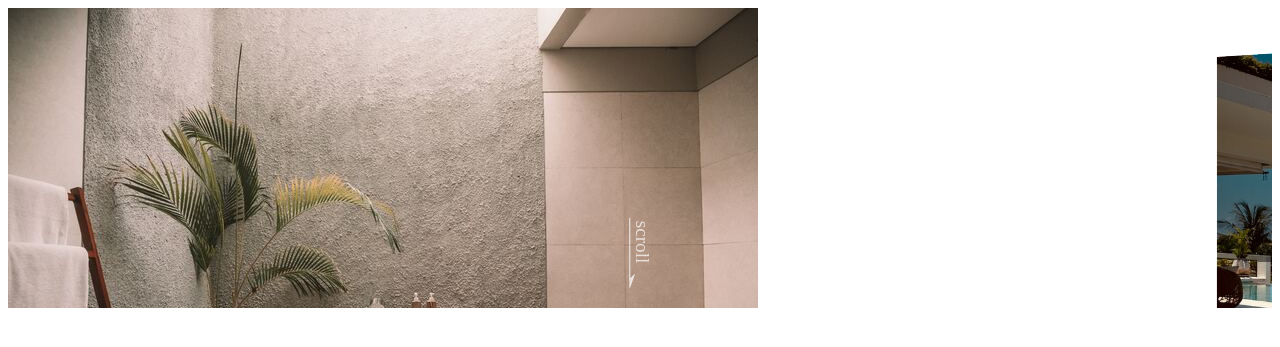
Repository: yuu2310/javascript
Page: environment/front-dev-tutorial-master/05_JavaScriptを実践で使う/070_Swiperを使ったスライダーアニメーション/start/swiperjs-template.html
The author's editor kept a record of every edit. The page is drawn from the files as they stood at one moment, then again after the next edit.
The browser window is 1280 px wide. The pictures show the whole page.

Above is the page before.
Console error: ReferenceError: HeroSlider is not defined

### environment/front-dev-tutorial-master/05_JavaScriptを実践で使う/070_Swiperを使ったスライダーアニメーション/start/swiperjs-template.html
<!-- Swiperのサイトからコピーしてくるコードです。（HTML用） -->
<!DOCTYPE html>
<html lang="en">
  <head>
    <meta charset="UTF-8">
    <meta name="viewport" content="width=device-width, initial-scale=1.0">
    <meta http-equiv="X-UA-Compatible" content="ie=edge">
    <title>Document</title>
    <link rel="stylesheet" href="swiper-bundle.min.css" type="text/css" />
    <link rel="stylesheet" href="style.css" type="text/css" />
  </head>
  <body>
    <div id="global-container">
      <div id="container">
        <div id="content">
          <div class="hero">
            <!-- Slider main container -->
            <div class="swiper">
              <!-- Additional required wrapper -->
              <div class="swiper-wrapper">
                <!-- Slides -->
                <div class="swiper-slide">
                  <img src="images/image-1.jpg"/>
                </div>
                <div class="swiper-slide">
                  <img src="images/image-2.jpg"/>
                </div>
                <div class="swiper-slide">
                  <img src="images/image-3.jpg"/>
                </div>
                ...
              </div>
              <div class="hero__fotter">
                <img class="hero__downarrow" src="images/arrow.svg"/>
                <span class="hero__scrolltext">scroll</span>
              </div>
              <!-- If we need pagination -->
              <!--<div class="swiper-pagination"></div>-->

              <!-- If we need navigation buttons -->
              <!--<div class="swiper-button-prev"></div>-->
              <!--<div class="swiper-button-next"></div>-->

              <!-- If we need scrollbar -->
              <!--<div class="swiper-scrollbar"></div>-->
            </div>
          </div>
        </div>
      </div>
    </div>



    <script type="text/javascript" src="swiper-bundle.min.js"></script>
    <script type="text/javascript" src="swiperjs-temlate.js"></script>
    <script src="main.js" type="text/javascript" charset="utf-8"></script>

  </body>
</html>

### environment/front-dev-tutorial-master/05_JavaScriptを実践で使う/070_Swiperを使ったスライダーアニメーション/start/style.css

.swiper {
  width: 100%;
  height: 300px;
}

.hero__title {
  position: absolute;
  top: 50%;
  left: 50%;
  transform: translate(-50%, -50%);
  color: white;
  font-size: 25px;
}

.hero__fotter {
  position: absolute;
  left: 50%;
  bottom: 20px;
  transform: translateX(-50%);
  z-index: 2;
  height: 68px;
  width: 22px;
}

.hero__downarrow {
  position: absolute;
  left: 0;
  bottom: 0;
  width: 6px;
}

.hero__scrolltext {
  position: absolute;
  transform: rotate(90deg);
  color: rgba(255,255,255,0.7);
  left: -8px;
  top: 11px;
  font-size: 1.2em;
}

### environment/front-dev-tutorial-master/05_JavaScriptを実践で使う/070_Swiperを使ったスライダーアニメーション/start/swiperjs-temlate.js
// Swiperのサイトからコピーしてくるコードです。（JavaScript用）
const swiper = new Swiper(".swiper", {
  // Optional parameters
  // direction: "vertical",
  loop: true,
  // effect: 'fade',
   effect: 'coverflow',

  // // If we need pagination
  // pagination: {
  //   el: ".swiper-pagination",
  // },

  // // Navigation arrows
  // navigation: {
  //   nextEl: ".swiper-button-next",
  //   prevEl: ".swiper-button-prev",
  // },

  // // And if we need scrollbar
  // scrollbar: {
  //   el: ".swiper-scrollbar",
  // },
});

### environment/front-dev-tutorial-master/05_JavaScriptを実践で使う/070_Swiperを使ったスライダーアニメーション/start/main.js
document.addEventListener('DOMContentLoaded', function () {
    const hero = new HeroSlider('.swiper');
    hero.start();
});

Loaded but not shown: environment/front-dev-tutorial-master/05_JavaScriptを実践で使う/070_Swiperを使ったスライダーアニメーション/start/swiper-bundle.min.css (library); environment/front-dev-tutorial-master/05_JavaScriptを実践で使う/070_Swiperを使ったスライダーアニメーション/start/swiper-bundle.min.js (library)

After the next edit:
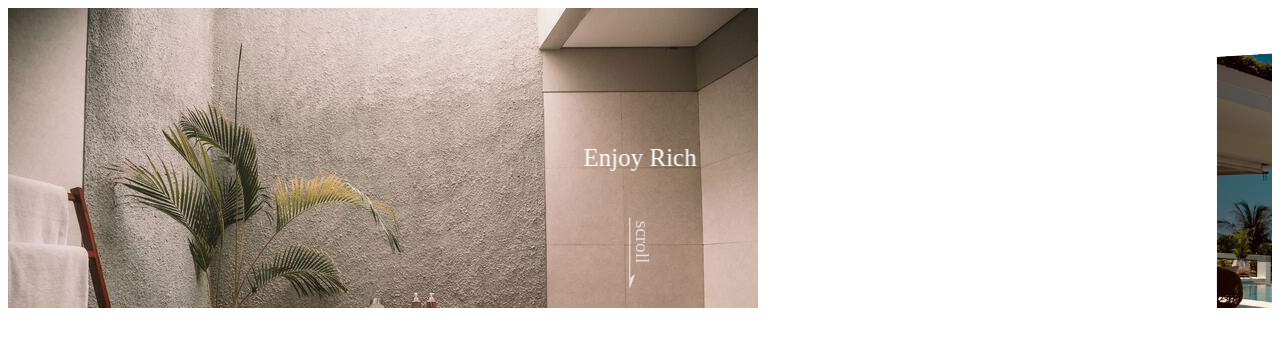
The edit:
--- a/environment/front-dev-tutorial-master/05_JavaScriptを実践で使う/070_Swiperを使ったスライダーアニメーション/start/swiperjs-template.html
+++ b/environment/front-dev-tutorial-master/05_JavaScriptを実践で使う/070_Swiperを使ったスライダーアニメーション/start/swiperjs-template.html
@@ -20,6 +20,7 @@
               <div class="swiper-wrapper">
                 <!-- Slides -->
                 <div class="swiper-slide">
+                  <div class="hero__title">Enjoy Rich</div>
                   <img src="images/image-1.jpg"/>
                 </div>
                 <div class="swiper-slide">
